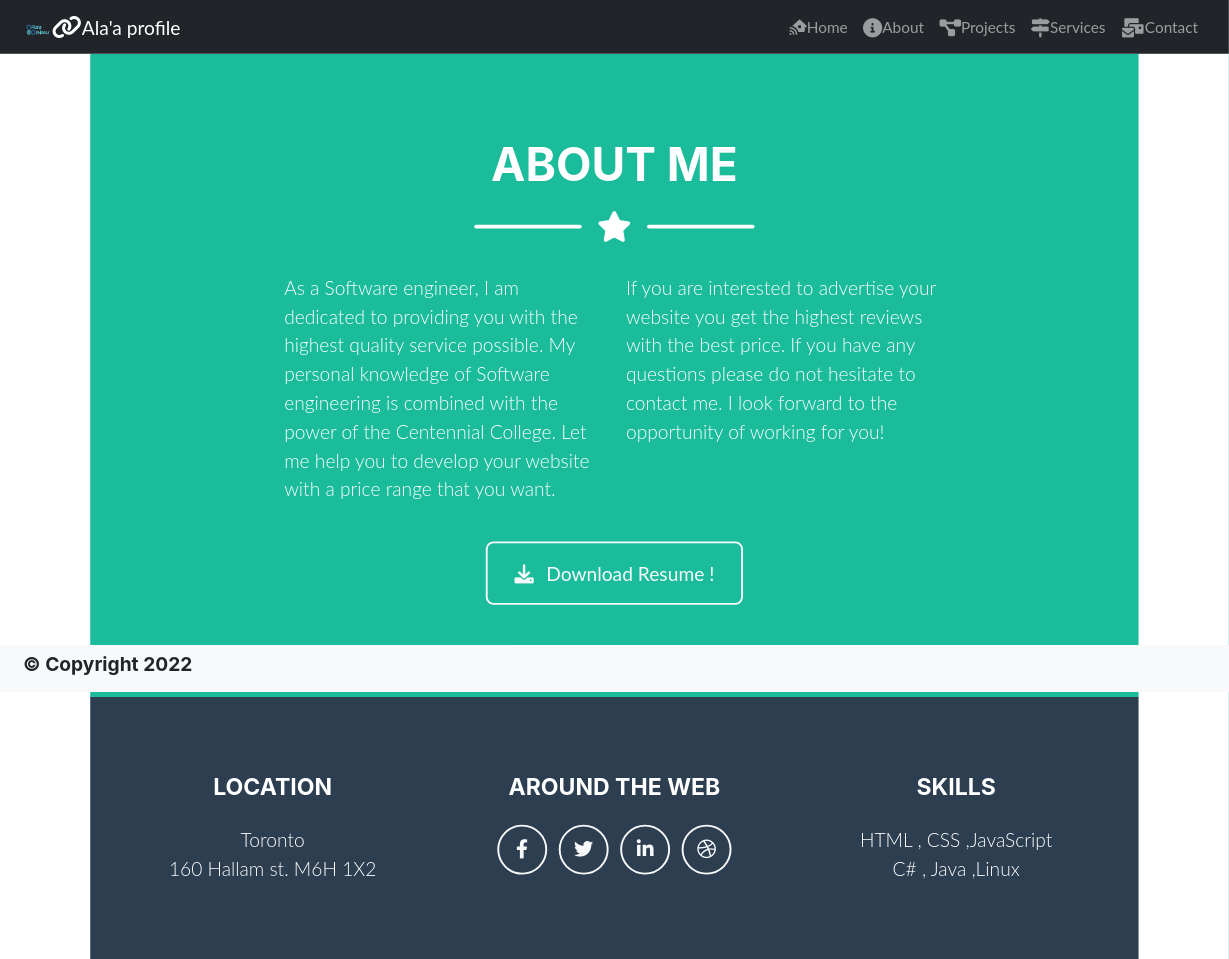
Repository: alaakhdour/heroukulivesite-section1
Page: http://localhost/about
An editor plug-in stored every save of this project. The page is shown before and after the next save, followed by the edit.
The browser window is 1280 px wide. The pictures show the whole page, at 96% of full size.
The page is served by the project's Node server (server.js).

Above is the page before, as saved 2022-06-17 09:00:29.

After the next save:
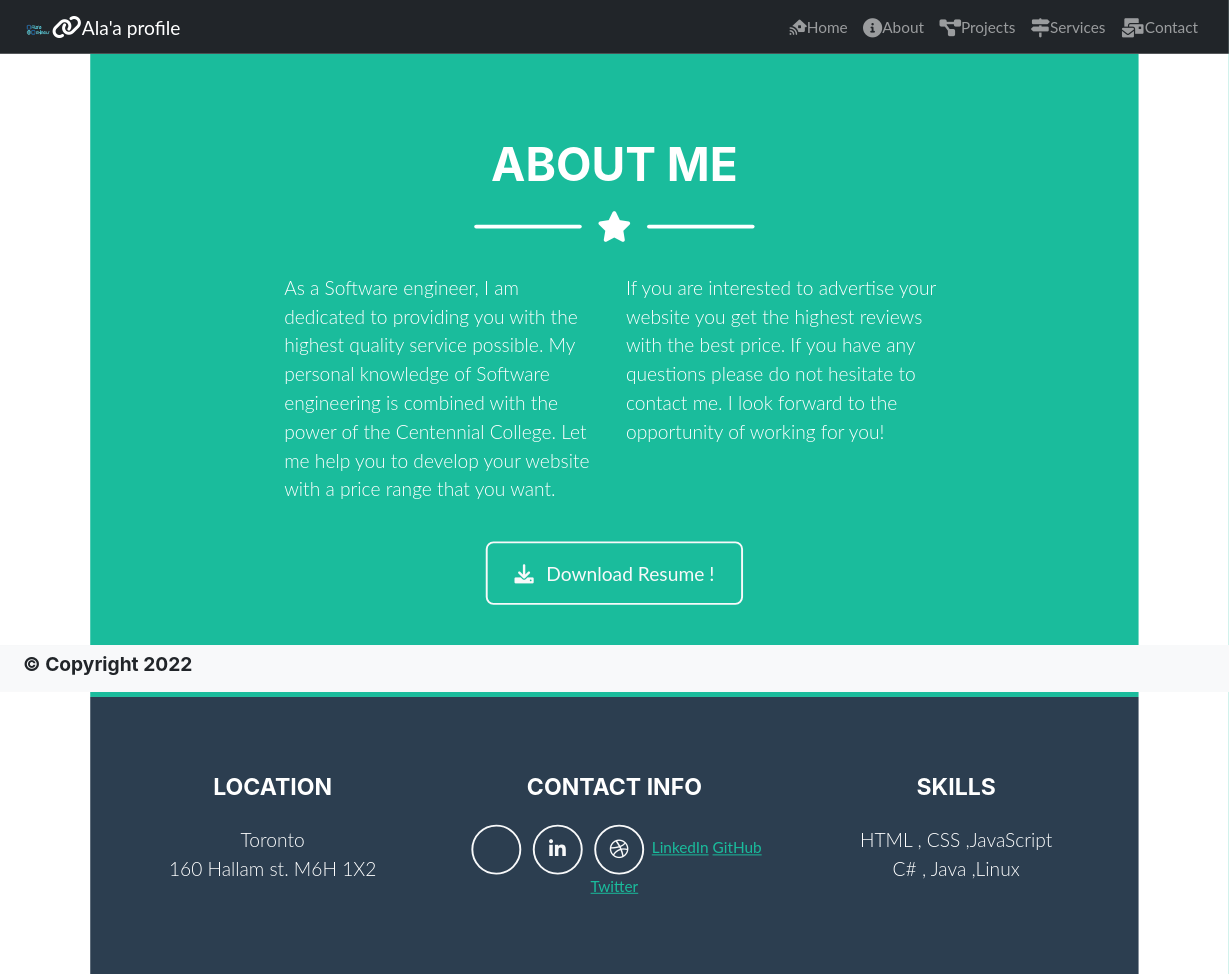
Saved 2 min 44 s later.
--- a/Server/Views/content/about.ejs
+++ b/Server/Views/content/about.ejs
@@ -42,11 +42,14 @@
                 </div>
                 <!-- Footer Social Icons-->
                 <div class="col-lg-4 mb-5 mb-lg-0">
-                    <h4 class="text-uppercase mb-4">Around the Web</h4>
-                    <a class="btn btn-outline-light btn-social mx-1" href="#!"><i class="fab fa-fw fa-facebook-f"></i></a>
-                    <a class="btn btn-outline-light btn-social mx-1" href="#!"><i class="fab fa-fw fa-twitter"></i></a>
+                    <h4 class="text-uppercase mb-4">CONTACT INFO</h4>
+                    <a class="btn btn-outline-light btn-social mx-1" href="https://twitter.com/alaakhdour><i class="fab fa-fw fa-twitter"></i></a>
                     <a class="btn btn-outline-light btn-social mx-1" href="#!"><i class="fab fa-fw fa-linkedin-in"></i></a>
                     <a class="btn btn-outline-light btn-social mx-1" href="#!"><i class="fab fa-fw fa-dribbble"></i></a>
+
+                    <a class="button expanded" href="https://www.linkedin.com/in/ala-a-al-khdour-312240145/">LinkedIn</a>
+                    <a class="button expanded" href="https://github.com/alaakhdour">GitHub</a>
+                    <a class="button expanded" href="https://twitter.com/alaakhdour">Twitter</a>
                 </div>
                 <!-- Footer About Text-->
                 <div class="col-lg-4">
